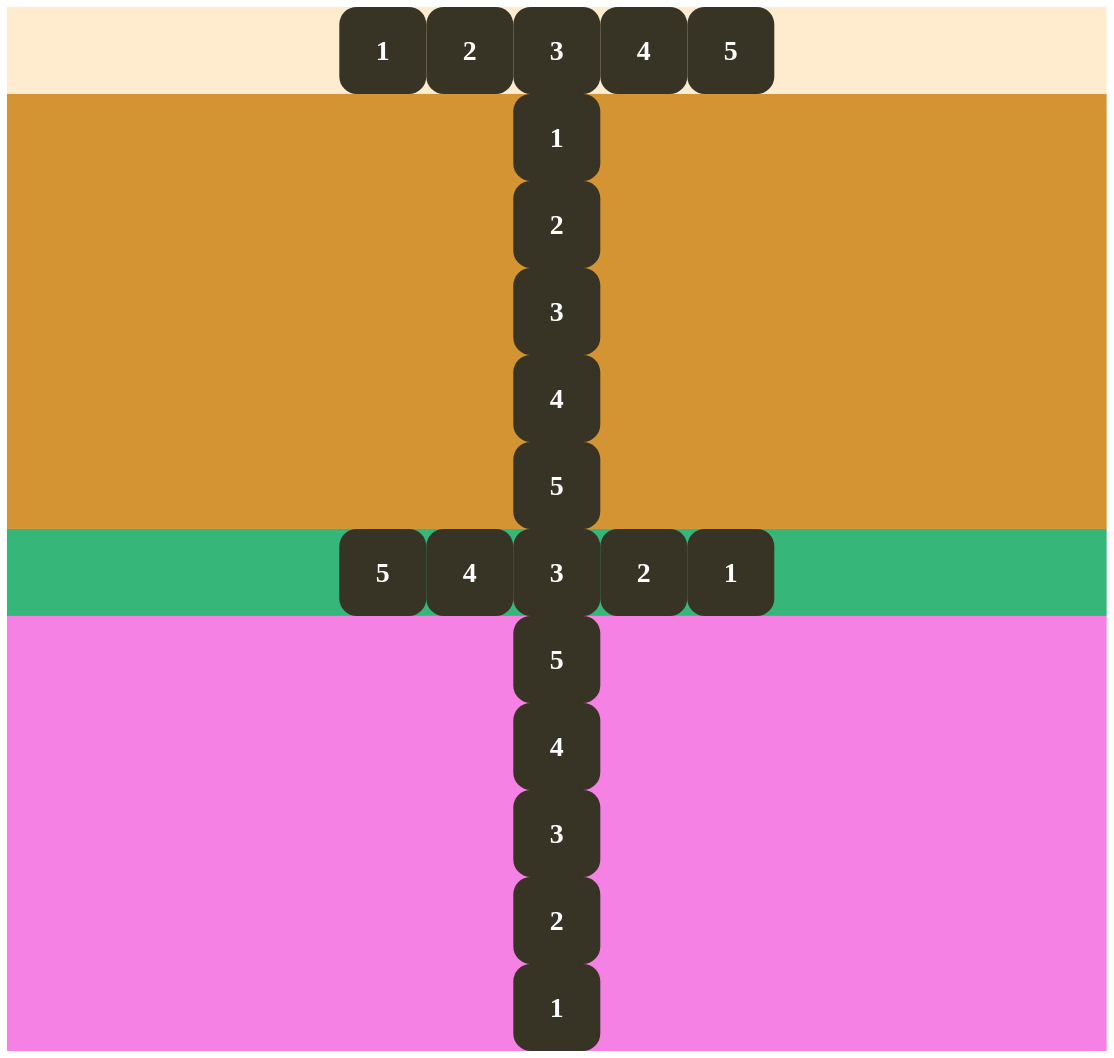
Repository: wesbos/What-The-Flexbox
Page: FlexBoxTypes/index.html
An editor plug-in stored every save of this project. The page is shown before and after the next save, followed by the edit.
The browser window is 1280 px wide. The pictures show the whole page, at 87% of full size.

Above is the page before, as saved 2020-08-27 15:58:25.

### FlexBoxTypes/index.html
<!DOCTYPE html>
<html lang="en">
  <head>
    <meta charset="UTF-8" />
    <meta name="viewport" content="width=device-width, initial-scale=1.0" />
    <title>FlexBox Types</title>
    <link rel="stylesheet" href="style.css" />
  </head>
  <body>
    <div class="flex-container-1">
      <div class="box"><p>1</p></div>
      <div class="box"><p>2</p></div>
      <div class="box"><p>3</p></div>
      <div class="box"><p>4</p></div>
      <div class="box"><p>5</p></div>
    </div>
    <div class="flex-container-2">
      <div class="box"><p>1</p></div>
      <div class="box"><p>2</p></div>
      <div class="box"><p>3</p></div>
      <div class="box"><p>4</p></div>
      <div class="box"><p>5</p></div>
    </div>
    <div class="flex-container-3">
      <div class="box"><p>1</p></div>
      <div class="box"><p>2</p></div>
      <div class="box"><p>3</p></div>
      <div class="box"><p>4</p></div>
      <div class="box"><p>5</p></div>
    </div>
    <div class="flex-container-4">
      <div class="box"><p>1</p></div>
      <div class="box"><p>2</p></div>
      <div class="box"><p>3</p></div>
      <div class="box"><p>4</p></div>
      <div class="box"><p>5</p></div>
    </div>
  </body>
</html>

### FlexBoxTypes/style.css
.flex-container-1 {
  display: flex;
  justify-content: center;
  align-items: center;
  background-color: blanchedalmond;
}
.flex-container-2 {
  display: flex;
  flex-direction: column;
  justify-content: center;
  align-items: center;
  background-color: rgb(212, 148, 51);
}
.flex-container-3 {
  display: flex;
  flex-direction: row-reverse;
  justify-content: center;
  align-items: center;
  background-color: rgb(55, 182, 122);
}
.flex-container-4 {
  display: flex;
  flex-direction: column-reverse;
  justify-content: center;
  align-items: center;
  background-color: rgb(245, 129, 229);
}
.box {
  background-color: rgb(56, 52, 37);
  height: 100px;
  width: 100px;
  border-radius: 20px;
  display: flex;
  align-items: center;
  justify-content: center;
  text-align: center;
}
.box p {
  color: #fff;
  font-weight: bold;
  font-size: 2rem;
}

After the next save:
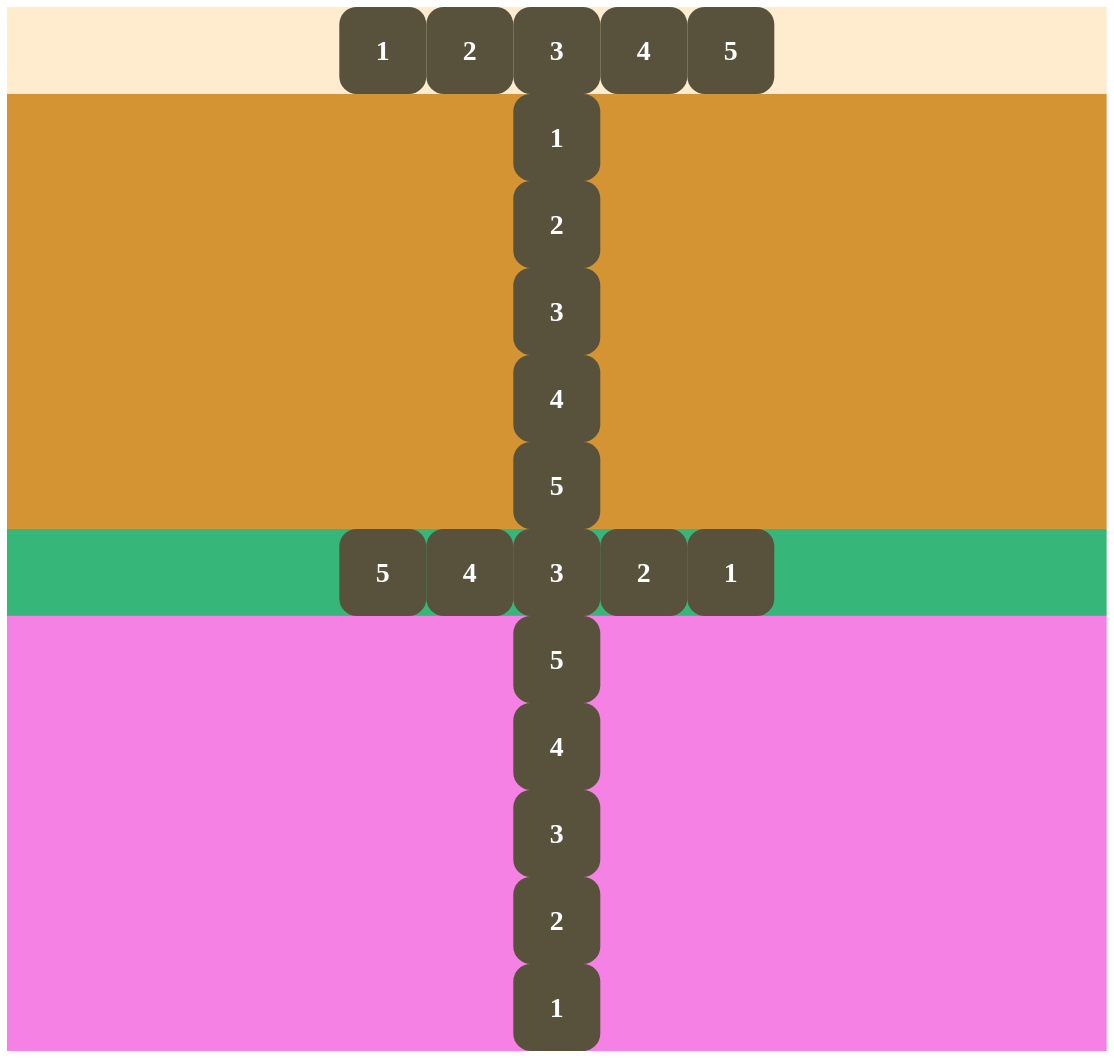
Saved 8 s later.
--- a/FlexBoxTypes/style.css
+++ b/FlexBoxTypes/style.css
@@ -26,7 +26,7 @@
   background-color: rgb(245, 129, 229);
 }
 .box {
-  background-color: rgb(56, 52, 37);
+  background-color: rgb(88, 82, 61);
   height: 100px;
   width: 100px;
   border-radius: 20px;
